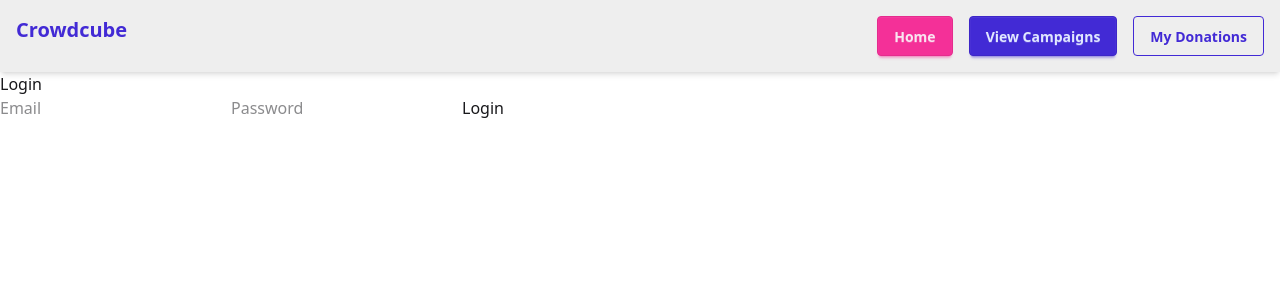
Repository: Aminul-Islam85/crowd-client
Page: /login
An editor plug-in stored every save of this project. The page is shown before and after the next save, followed by the edit.
The browser window is 1280 px wide. The pictures show the whole page.
The project was rebuilt for these pictures with package versions that can differ from the ones it lists, and the page was loaded fresh each time. Also part of the build but not shown: vite.config.js, src/pages/Home.jsx, src/pages/auth/Register.jsx, src/pages/AddCampaign.jsx, src/pages/Campaigns.jsx, src/pages/CampaignDetails.jsx, src/pages/MyDonations.jsx.

Above is the page before, as saved 2025-03-18 15:37:15.

### src/App.jsx
import { BrowserRouter as Router, Routes, Route, Navigate, useLocation } from "react-router-dom";
import Navbar from "./components/Navbar";
import { useAuthState } from "react-firebase-hooks/auth";
import { auth } from "./config/firebase";
import { AuthProvider } from "./context/AuthContext";

import Home from "./pages/Home";
import Login from "./pages/auth/Login";
import Register from "./pages/auth/Register";
import AddCampaign from "./pages/AddCampaign";
import Campaigns from "./pages/Campaigns";
import CampaignDetails from "./pages/CampaignDetails";
import MyDonations from "./pages/MyDonations";


const PrivateRoute = ({ children }) => {
  const [user] = useAuthState(auth);
  const location = useLocation();

  return user ? (
    children
  ) : (
    <Navigate to="/login" state={{ from: location }} replace />
  );
};

function App() {
  return (
    <AuthProvider>
      <Router>
      <Navbar />
        <Routes>
          <Route path="/" element={<Home />} />
          <Route path="/login" element={<Login />} />
          <Route path="/register" element={<Register />} />
          <Route path="/add-campaign" element={<PrivateRoute><AddCampaign /></PrivateRoute>} />
          <Route path="/campaigns" element={<Campaigns />} />
          <Route path="/campaigns/:id" element={<CampaignDetails />} />
          <Route path="/my-donations" element={<PrivateRoute><MyDonations /></PrivateRoute>} />
        </Routes>
    </Router>
    </AuthProvider>
  );
}

export default App;

### src/components/Navbar.jsx
import { Link } from "react-router-dom";

const Navbar = () => {
  return (
    <nav className="flex justify-between p-4 bg-base-300 shadow-md">
      <Link to="/" className="text-xl font-bold text-primary">Crowdcube</Link>
      <div className="space-x-4">
        <Link to="/" className="btn btn-secondary">Home</Link>
        <Link to="/campaigns" className="btn btn-primary">View Campaigns</Link>
        <Link to="/my-donations" className="btn btn-outline btn-primary">My Donations</Link>

      </div>
    </nav>
  );
};

export default Navbar;

### src/config/firebase.js
import { initializeApp } from "firebase/app";
import { getAuth } from "firebase/auth";

const firebaseConfig = {
  apiKey: import.meta.env.VITE_FIREBASE_API_KEY,
  authDomain: import.meta.env.VITE_FIREBASE_AUTH_DOMAIN,
  projectId: import.meta.env.VITE_FIREBASE_PROJECT_ID,
  storageBucket: import.meta.env.VITE_FIREBASE_STORAGE_BUCKET,
  messagingSenderId: import.meta.env.VITE_FIREBASE_MESSAGING_SENDER_ID,
  appId: import.meta.env.VITE_FIREBASE_APP_ID,
};

const app = initializeApp(firebaseConfig);
const auth = getAuth(app);

export { auth, app };

### src/context/AuthContext.jsx
import { createContext, useContext, useState, useEffect } from "react";
import { auth } from "../config/firebase"; // Make sure firebase is properly configured
import { onAuthStateChanged } from "firebase/auth";

const AuthContext = createContext();

export const AuthProvider = ({ children }) => {
  const [user, setUser] = useState(null);
  const [loading, setLoading] = useState(true);

  useEffect(() => {
    const unsubscribe = onAuthStateChanged(auth, (currentUser) => {
      setUser(currentUser);
      setLoading(false);
    });
    return () => unsubscribe();
  }, []);

  return (
    <AuthContext.Provider value={{ user }}>
      {!loading && children}
    </AuthContext.Provider>
  );
};

export const useAuth = () => useContext(AuthContext);

### src/pages/auth/Login.jsx
import { useState } from "react";
import { auth } from "../../config/firebase";
import { signInWithEmailAndPassword } from "firebase/auth";
import { useNavigate, useLocation } from "react-router-dom";

const Login = () => {
  const [form, setForm] = useState({ email: "", password: "" });
  const [error, setError] = useState(null);
  const [success, setSuccess] = useState(null);
  const navigate = useNavigate();
  const location = useLocation();
  const from = location.state?.from?.pathname || "/"; // Get intended route or default to "/"

  const handleChange = (e) => {
    setForm({ ...form, [e.target.name]: e.target.value });
  };

  const handleSubmit = async (e) => {
    e.preventDefault();
    setError(null);
    setSuccess(null);

    try {
      await signInWithEmailAndPassword(auth, form.email, form.password);
      setSuccess("Login successful! Redirecting...");
      setTimeout(() => {
        navigate(from, { replace: true }); // Redirect to intended route
      }, 2000);
    } catch (err) {
      console.error("Firebase Login Error:", err.code, err.message);
      setError(`Login failed: ${err.message}`);
    }
  };

  return (
    <div>
      <h2>Login</h2>
      {error && <p style={{ color: "red" }}>{error}</p>}
      {success && <p style={{ color: "green" }}>{success}</p>}
      <form onSubmit={handleSubmit}>
        <input type="email" name="email" placeholder="Email" onChange={handleChange} required />
        <input type="password" name="password" placeholder="Password" onChange={handleChange} required />
        <button type="submit">Login</button>
      </form>
    </div>
  );
};

export default Login;

Loaded but not shown: index.html (common file); src/main.jsx (common file); src/index.css (common file)

After the next save:
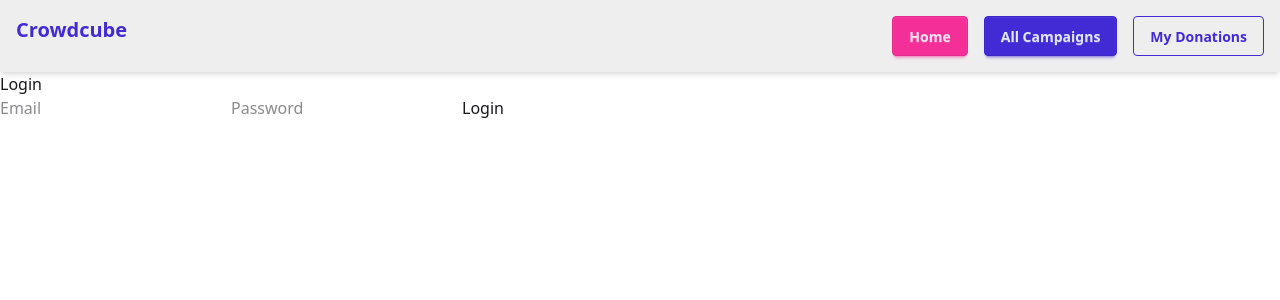
Saved 59 min 50 s later.
--- a/src/components/Navbar.jsx
+++ b/src/components/Navbar.jsx
@@ -6,7 +6,7 @@ const Navbar = () => {
       <Link to="/" className="text-xl font-bold text-primary">Crowdcube</Link>
       <div className="space-x-4">
         <Link to="/" className="btn btn-secondary">Home</Link>
-        <Link to="/campaigns" className="btn btn-primary">View Campaigns</Link>
+        <Link to="/campaigns" className="btn btn-primary">All Campaigns</Link>
         <Link to="/my-donations" className="btn btn-outline btn-primary">My Donations</Link>
 
       </div>
